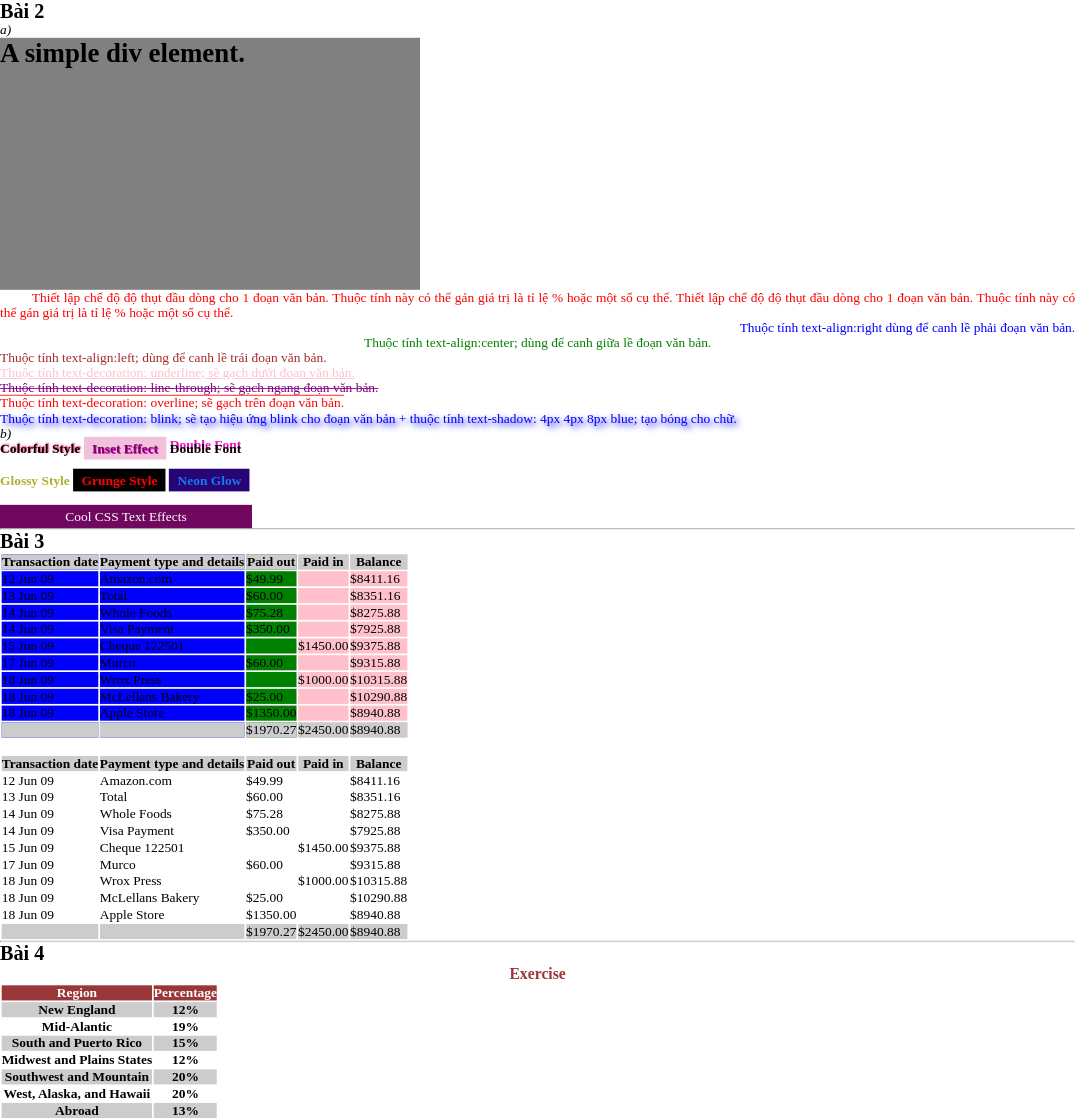
Repository: hoangnguyen1903/STT_21084321_NguyenHuyHoang_DHKHMT17B
Page: html/index.html
The author's editor kept a copy of each file at every save. The page is drawn from the files as they stood at one save, then again after the next save.
The browser window is 1280 px wide. The pictures show the whole page, at 84% of full size.

Above is the page before, as saved 2023-03-02 14:34:39.

After the next save:
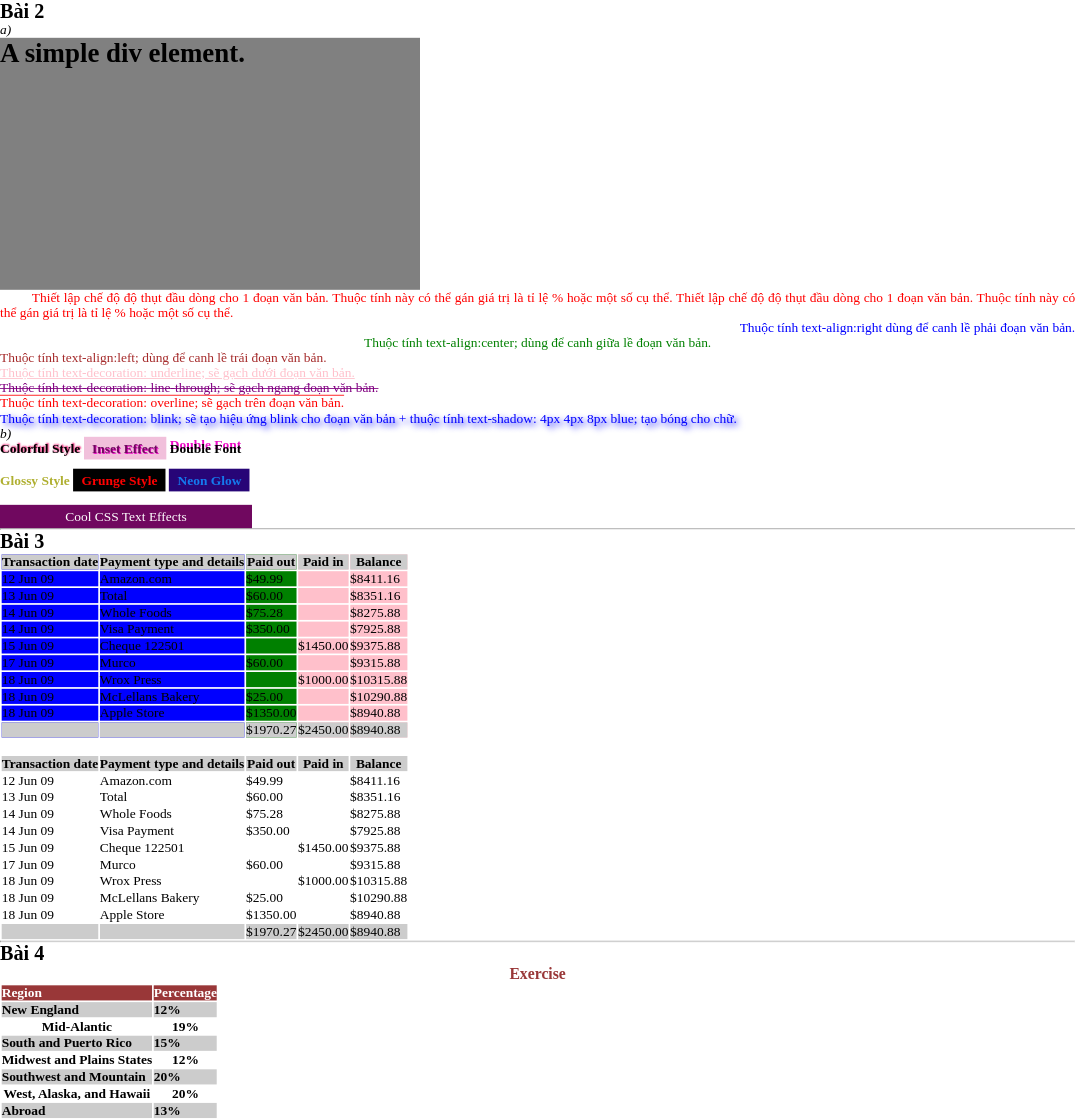
Saved 16 s later.
--- a/html/index.html
+++ b/html/index.html
@@ -24,11 +24,13 @@
       #bai4 > table > thead {
         color: #fff;
         background-color: #993738;
+        text-align: left;
       }
 
       #bai4 > table > tbody > tr:nth-child(odd) {
         color: black;
         background-color: #ccc;
+        text-align: left;
       }
     </style>
   </head>
